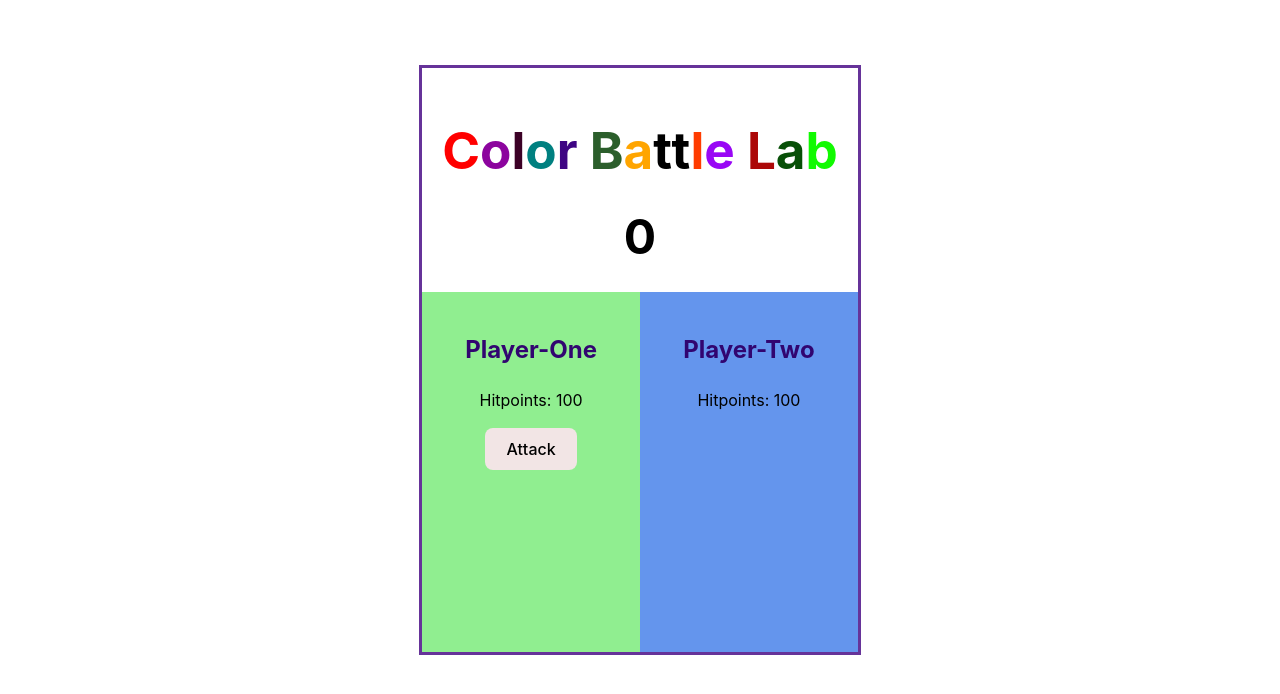
Repository: RAWdevX21/color-battle_lab-build
Page: /
An editor plug-in stored every save of this project. The page is shown before and after the next save, followed by the edit.
The browser window is 1280 px wide. The pictures show the whole page.
The project was rebuilt for these pictures with package versions that can differ from the ones it lists, and the page was loaded fresh each time. Also part of the build but not shown: vite.config.js.

Above is the page before, as saved 2023-08-17 05:40:33.

After the next save:
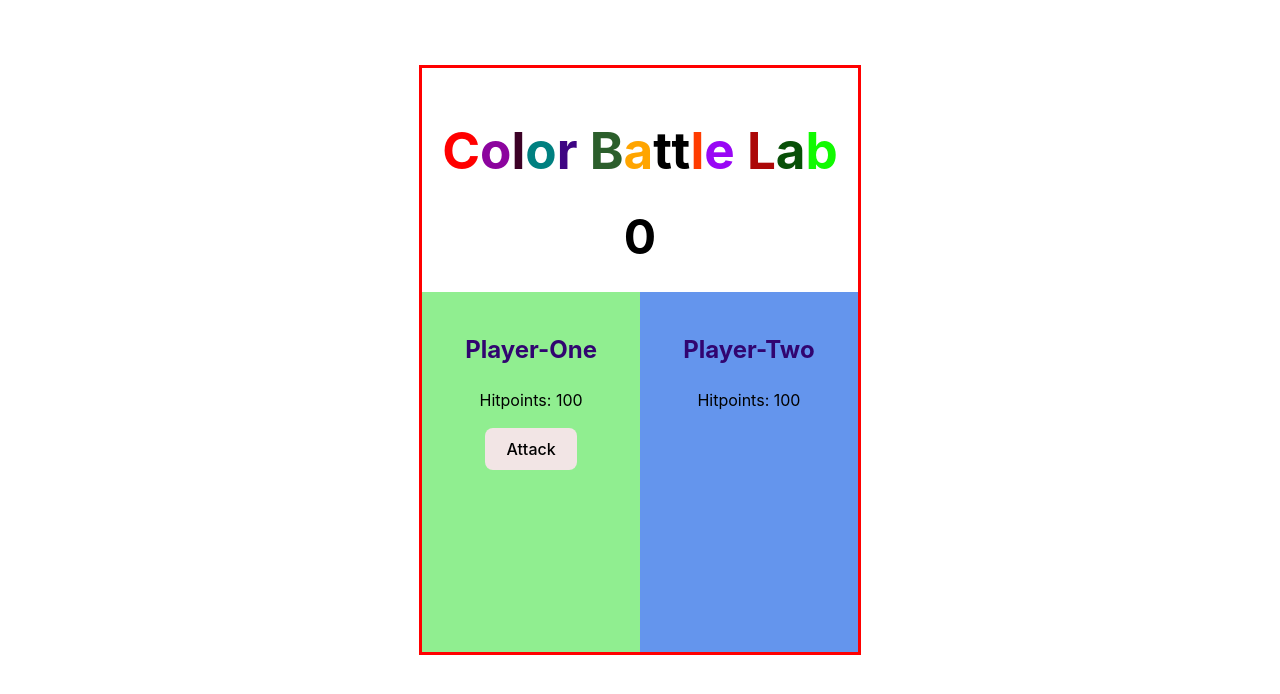
Saved 13 s later.
--- a/src/App.css
+++ b/src/App.css
@@ -2,7 +2,7 @@
   margin: 0 auto;
   /* padding: 5rem; */
   text-align: center;
-  border: 3px solid rebeccapurple;
+  border: 3px solid red;
 }
 
 h2 {
